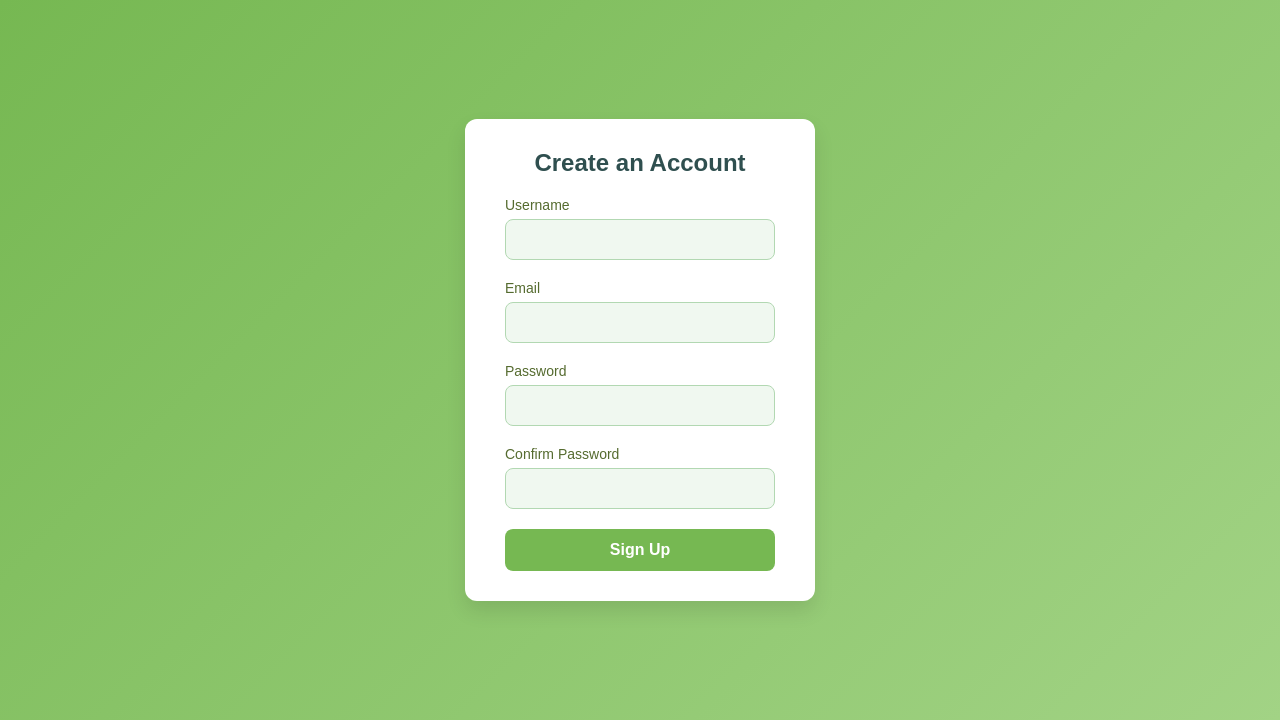
Repository: May-Mariam/Simple-Registration-Form
Page: index.html
An editor plug-in stored every save of this project. The page is shown before and after a run of saves, followed by the edit.
The browser window is 1280 px wide. The pictures show the whole page.

Above is the page before, as saved 2024-10-21 23:43:17.

### index.html
<!DOCTYPE html>
<html lang="en">
<head>
    <meta charset="UTF-8">
    <meta name="viewport" content="width=device-width, initial-scale=1.0">
    <title>Registration Form</title>
    <link rel="stylesheet" href="index.css">
</head>
<body>
    <div class="form-container">
        <h2>Create an Account</h2>
        <form>
            <div class="form-group">
                <label for="username">Username</label>
                <input type="text" id="username" required>
            </div>
            <div class="form-group">
                <label for="email">Email</label>
                <input type="email" id="email" required>
            </div>
            <div class="form-group">
                <label for="password">Password</label>
                <input type="password" id="password" required>
            </div>
            <div class="form-group">
                <label for="confirm-password">Confirm Password</label>
                <input type="password" id="confirm-password" required>
            </div>
            <button type="submit" class="btn">Sign Up</button>
        </form>
    </div>
</body>
</html>

### index.css
* {
    margin: 0;
    padding: 0;
    box-sizing: border-box;
    font-family: 'Poppins', sans-serif;
}

body {
    display: flex;
    justify-content: center;
    align-items: center;
    height: 100vh;
    background: linear-gradient(135deg, #76b852, #a2d385);
}

.form-container {
    background-color: #fff;
    padding: 30px 40px;
    border-radius: 12px;
    box-shadow: 0 10px 20px rgba(0, 0, 0, 0.1);
    width: 350px;
    text-align: center;
    transition: transform 0.3s ease;
}

.form-container {
    animation: slideIn 0.6s ease;
}

.form-container:hover {
    transform: scale(1.03);
}

.form-container h2 {
    margin-bottom: 20px;
    color:#2f4f4f;
    font-weight: 600;
}

.form-group {
    margin-bottom: 20px;
    text-align: left;
}

.form-group label {
    display: block;
    margin-bottom: 6px;
    color: #556b2f;
    font-size: 14px;
}

.form-group input {
    width: 100%;
    padding: 12px 15px;
    border: 1px solid #b2d8b2;
    border-radius: 8px;
    background-color: #f0f8f0;
    transition: all 0.3s ease;
    outline: none;
}

.form-group input:focus {
    border-color: #76b852;
    background-color: #fff;
}

.btn {
    width: 100%;
    padding: 12px 20px;
    background-color: #76b852;
    color: white;
    border: none;
    border-radius: 8px;
    cursor: pointer;
    font-size: 16px;
    font-weight: 600;
    transition: background-color 0.3s ease;
}

.btn:hover {
    background-color: #5c9d47;
}

@keyframes slideIn {
    0% {
        transform: translateY(-100px);
        opacity: 0;
    }
    100% {
        transform: translateY(0);
        opacity: 1;
    }
}

After the next 3 saves:
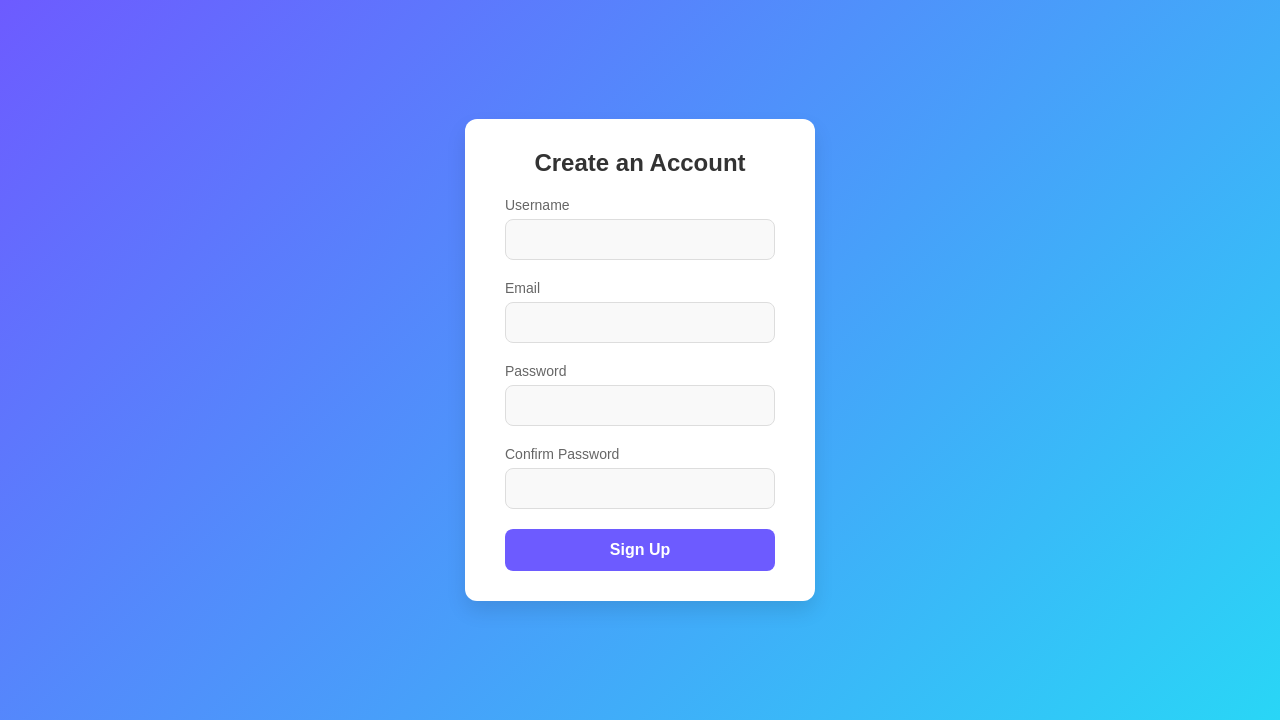
The 3 saves are shown as one change because they came seconds apart.
The last was saved 5 days later.
--- a/index.css
+++ b/index.css
@@ -1,3 +1,4 @@
+/* Basic reset */
 * {
     margin: 0;
     padding: 0;
@@ -5,14 +6,16 @@
     font-family: 'Poppins', sans-serif;
 }
 
+/* Center the form */
 body {
     display: flex;
     justify-content: center;
     align-items: center;
     height: 100vh;
-    background: linear-gradient(135deg, #76b852, #a2d385);
+    background: linear-gradient(135deg, #6d5bff, #29d6f6);
 }
 
+/* Form container styling */
 .form-container {
     background-color: #fff;
     padding: 30px 40px;
@@ -23,51 +26,54 @@ body {
     transition: transform 0.3s ease;
 }
 
-.form-container {
-    animation: slideIn 0.6s ease;
-}
-
+/* Hover effect */
 .form-container:hover {
     transform: scale(1.03);
 }
 
+/* Form header */
 .form-container h2 {
     margin-bottom: 20px;
-    color:#2f4f4f;
+    color: #333;
     font-weight: 600;
 }
 
+/* Form group styling */
 .form-group {
     margin-bottom: 20px;
     text-align: left;
 }
 
+/* Label styling */
 .form-group label {
     display: block;
     margin-bottom: 6px;
-    color: #556b2f;
+    color: #666;
     font-size: 14px;
 }
 
+/* Input styling */
 .form-group input {
     width: 100%;
     padding: 12px 15px;
-    border: 1px solid #b2d8b2;
+    border: 1px solid #ddd;
     border-radius: 8px;
-    background-color: #f0f8f0;
+    background-color: #f9f9f9;
     transition: all 0.3s ease;
     outline: none;
 }
 
+/* Focus effect */
 .form-group input:focus {
-    border-color: #76b852;
+    border-color: #6d5bff;
     background-color: #fff;
 }
 
+/* Button styling */
 .btn {
     width: 100%;
     padding: 12px 20px;
-    background-color: #76b852;
+    background-color: #6d5bff;
     color: white;
     border: none;
     border-radius: 8px;
@@ -77,10 +83,12 @@ body {
     transition: background-color 0.3s ease;
 }
 
+/* Button hover effect */
 .btn:hover {
-    background-color: #5c9d47;
+    background-color: #574bdb;
 }
 
+/* Form container animation */
 @keyframes slideIn {
     0% {
         transform: translateY(-100px);
@@ -91,3 +99,8 @@ body {
         opacity: 1;
     }
 }
+
+/* Apply animation to form container */
+.form-container {
+    animation: slideIn 0.6s ease;
+}
